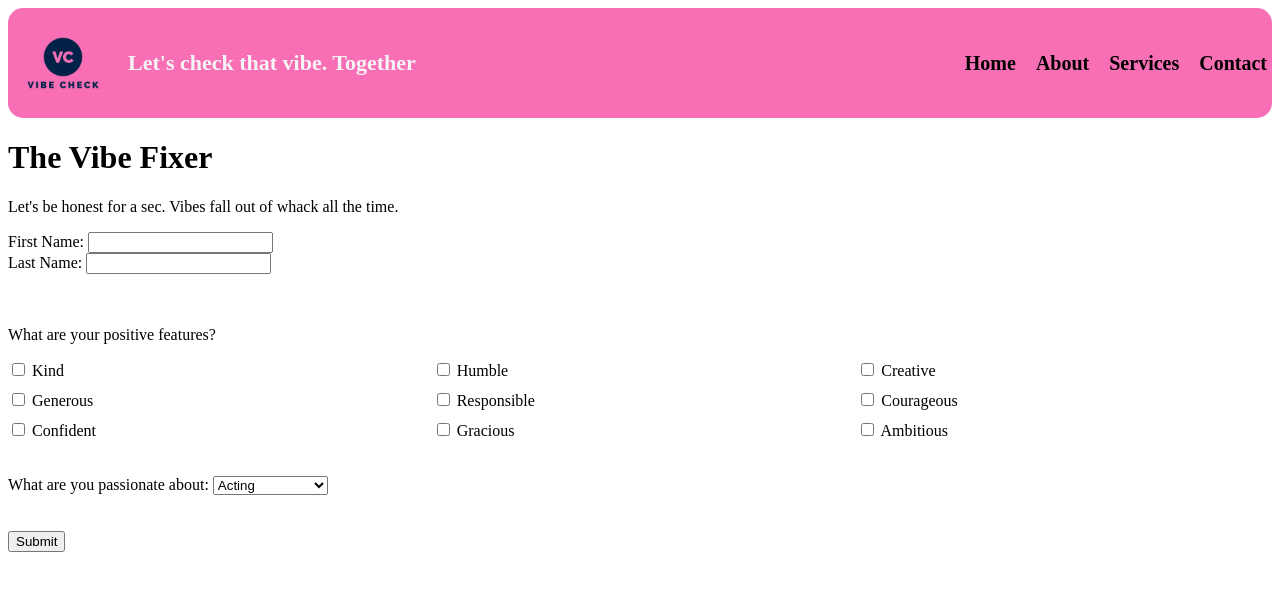
Repository: Chadloswald/Dis-Service
Page: docs/index.html
An editor plug-in stored every save of this project. The page is shown before and after the next save, followed by the edit.
The browser window is 1280 px wide. The pictures show the whole page.

Above is the page before, as saved 2023-05-02 10:59:36.

After the next save:
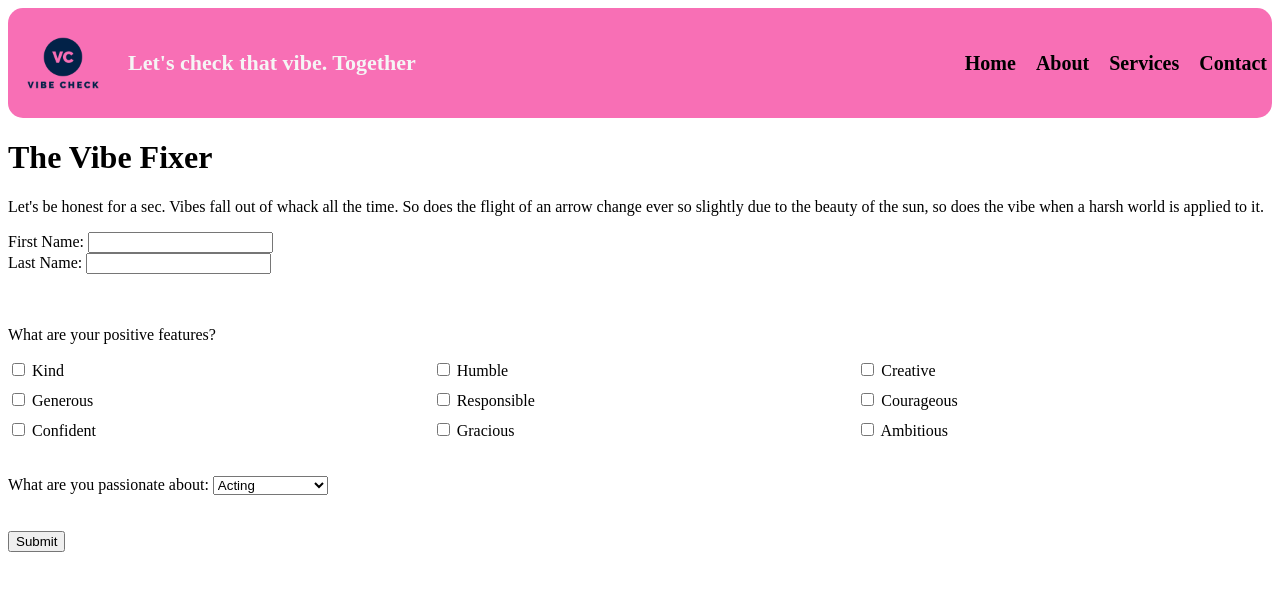
Saved 80 s later.
--- a/docs/index.html
+++ b/docs/index.html
@@ -21,7 +21,7 @@
 		</nav>
 	  </header>
 	<h1>The Vibe Fixer</h1>
-	  <p>Let's be honest for a sec. Vibes fall out of whack all the time. </p>
+	  <p>Let's be honest for a sec. Vibes fall out of whack all the time. So does the flight of an arrow change ever so slightly due to the beauty of the sun, so does the vibe when a harsh world is applied to it.</p>
 	<form>
 
 		<label>
